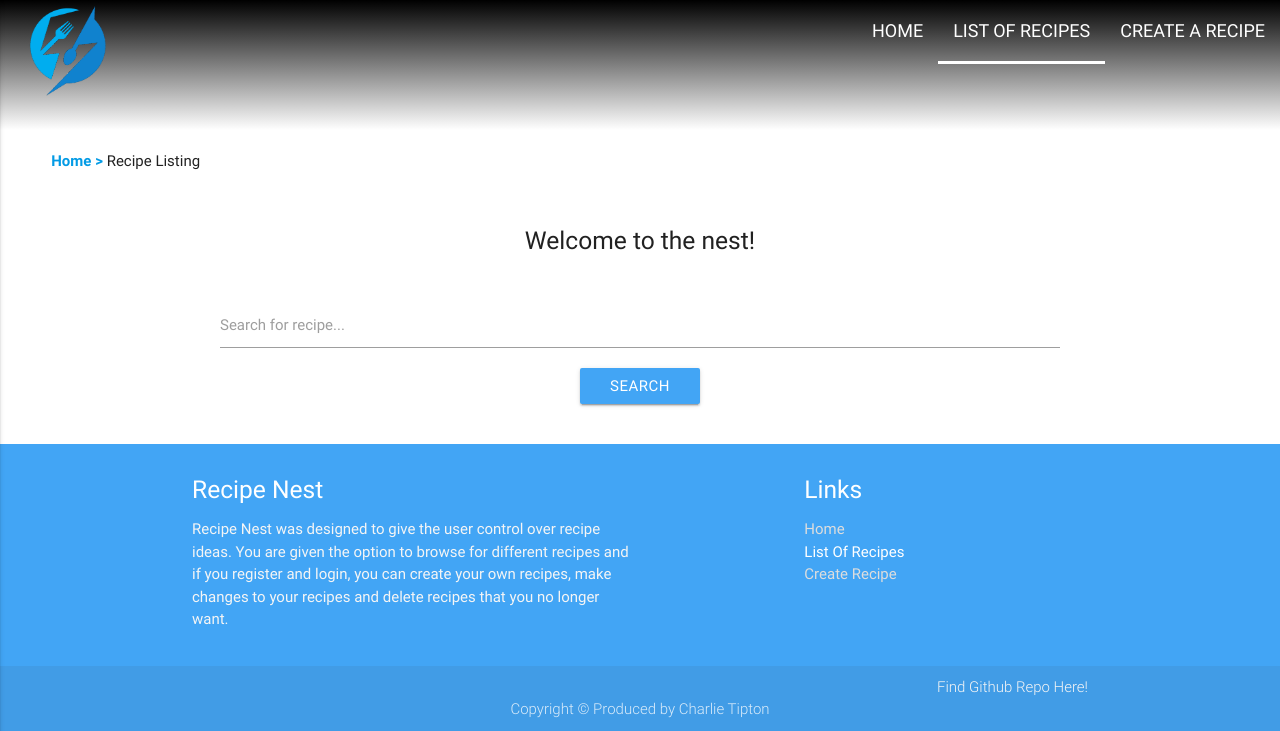
Repository: CharlieJT/Recipes
Page: http://localhost/recipe_listing
The author's editor kept a record of every edit. The page is drawn from the files as they stood at one moment, then again after the next edit.
The browser window is 1280 px wide. The pictures show the whole page.
Some web libraries are served in a nearby version. The page is served by the project's application, run on Flask 3 (app.py). Queries for data that is not in the repository find no rows.

Above is the page before.

After the next edit:
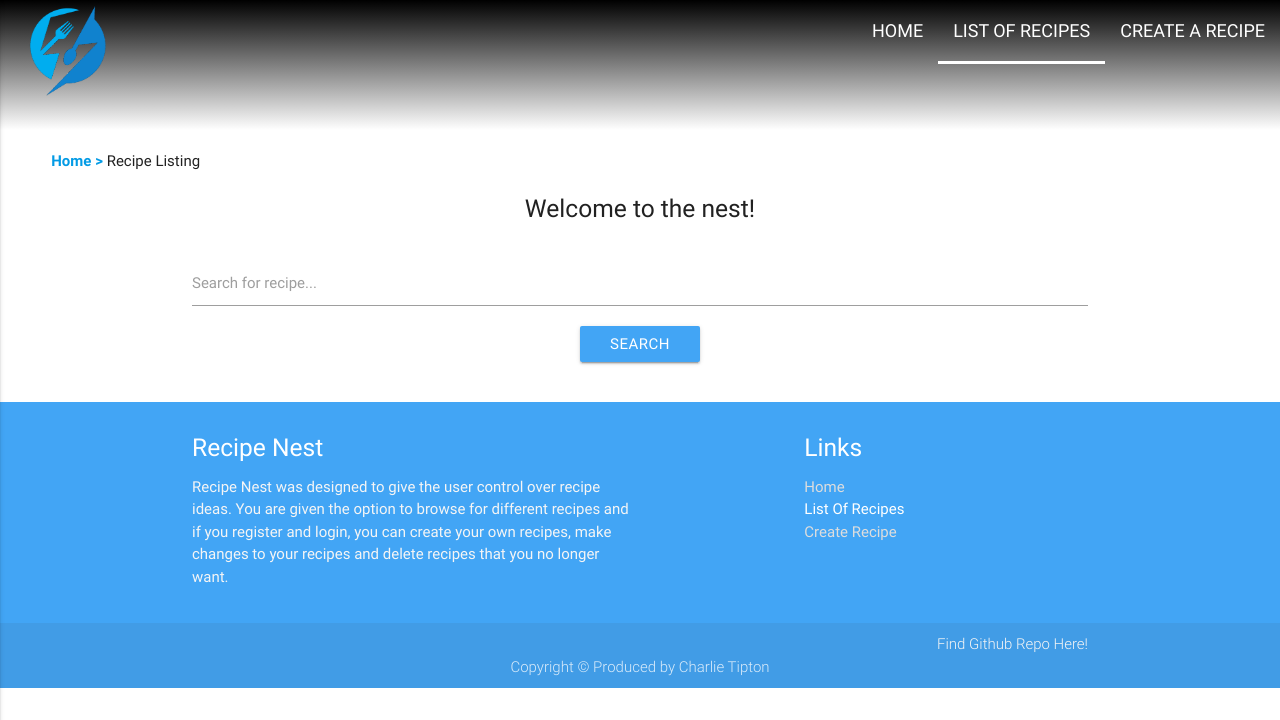
The edit:
--- a/templates/recipe-listing.html
+++ b/templates/recipe-listing.html
@@ -16,7 +16,6 @@
 
     <div class="row recipe-row">
         <!-- Breadcrumb -->
-        <div class="row bread-crumb">
             <div class="col back-button">
                 <a href="{{ url_for('index') }}">
                     <span>
